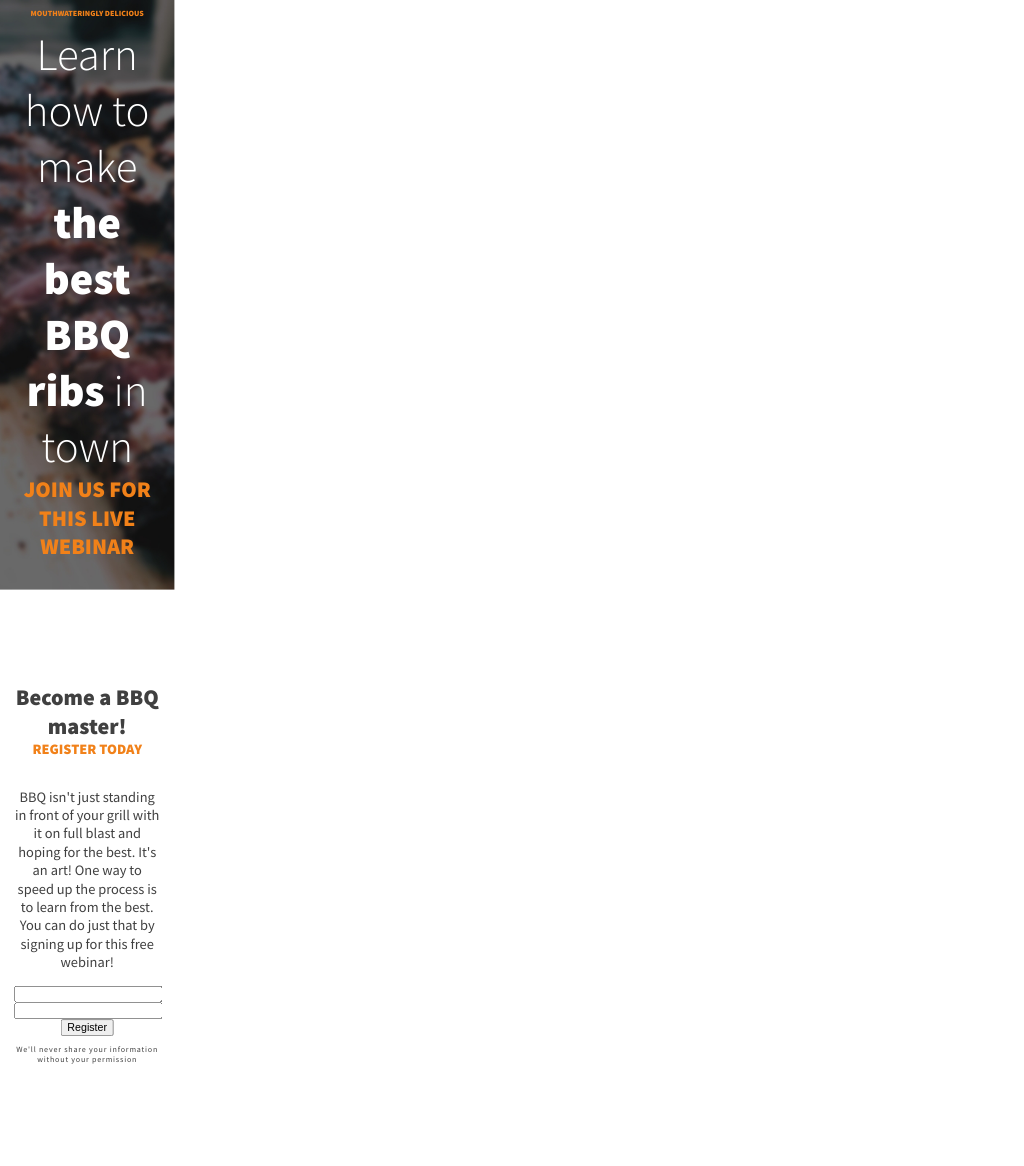
Repository: Doumham-Armah/BBQ-landing-page
Page: index.html
These files come from the project's save history. The page is drawn as it stood at one moment and after the next save; the edit follows.
The browser window is 1280 px wide. The pictures show the whole page, at 80% of full size.

Above is the page before, as saved 2021-09-04 21:06:12.

After the next save:
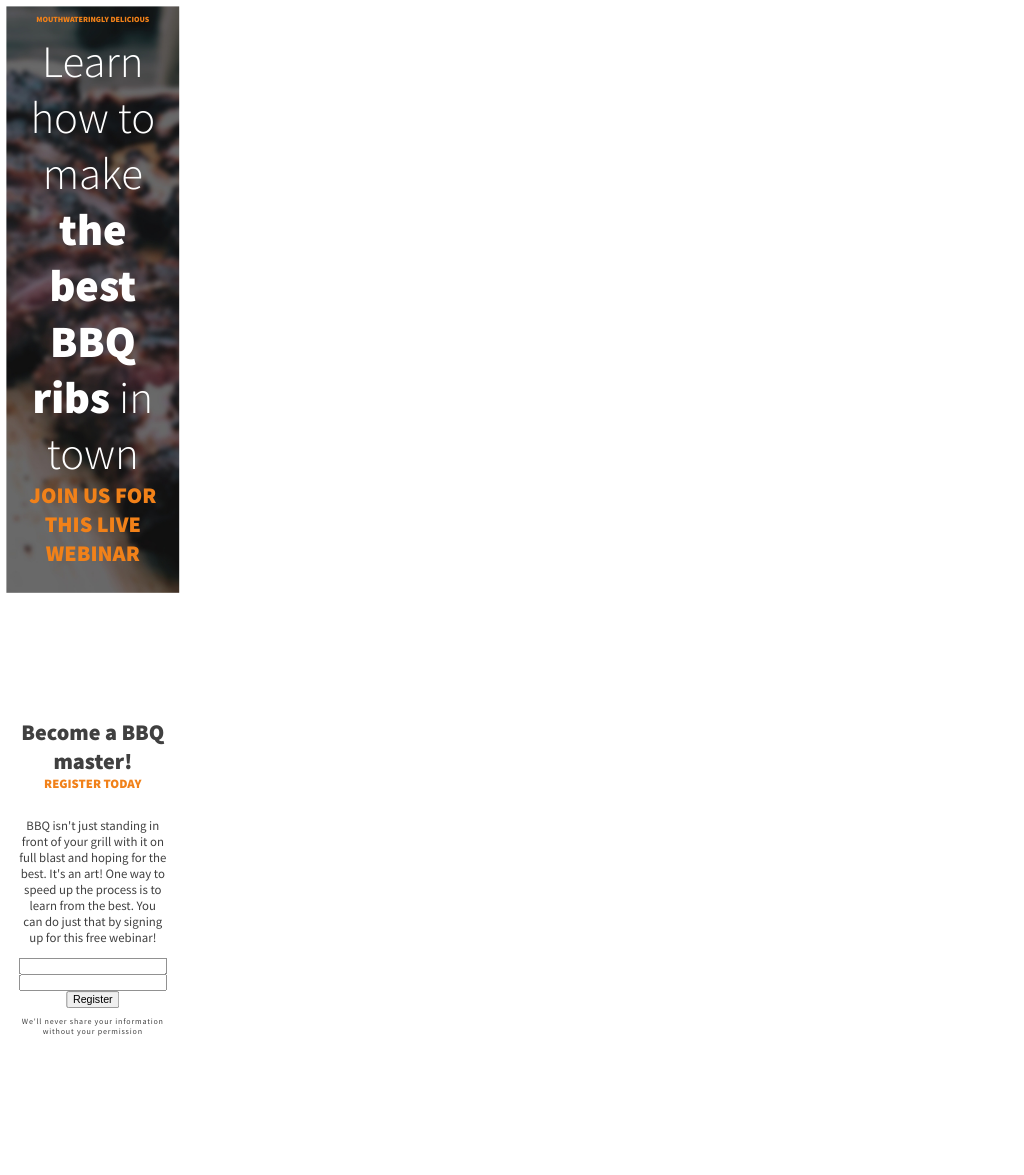
Saved 30 s later.
--- a/styles.css
+++ b/styles.css
@@ -4,7 +4,7 @@
   box-sizing: border-box;
 }
 
-body {
+.splitter {
   margin: 0;
   font-family: "Source Sans Pro", sans-serif;
   font-size: 1rem;

After the 2 saves that followed:
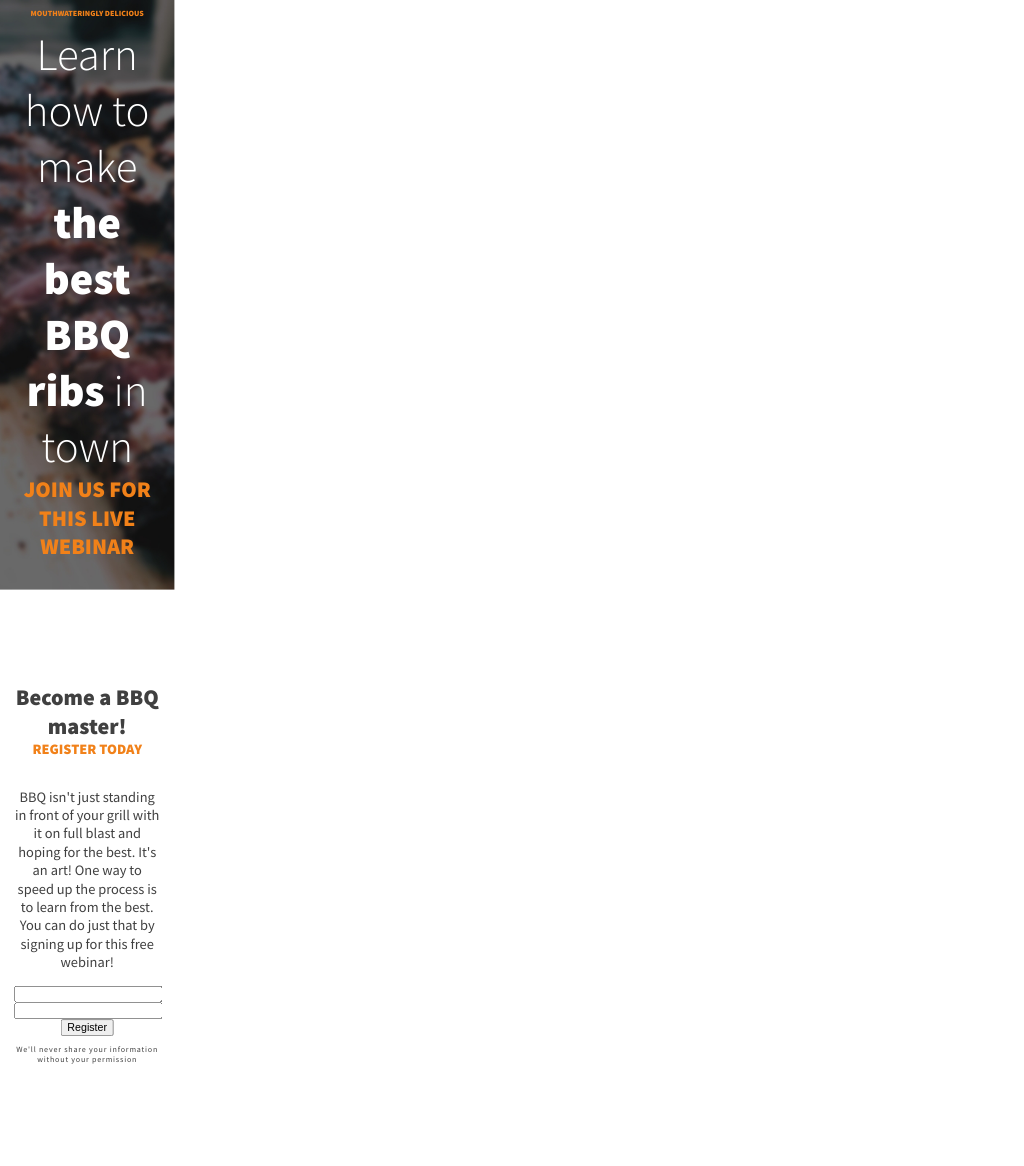
The 2 saves are shown as one change because they came seconds apart.
The last was saved 20 s later.
--- a/styles.css
+++ b/styles.css
@@ -4,7 +4,7 @@
   box-sizing: border-box;
 }
 
-.splitter {
+body {
   margin: 0;
   font-family: "Source Sans Pro", sans-serif;
   font-size: 1rem;
